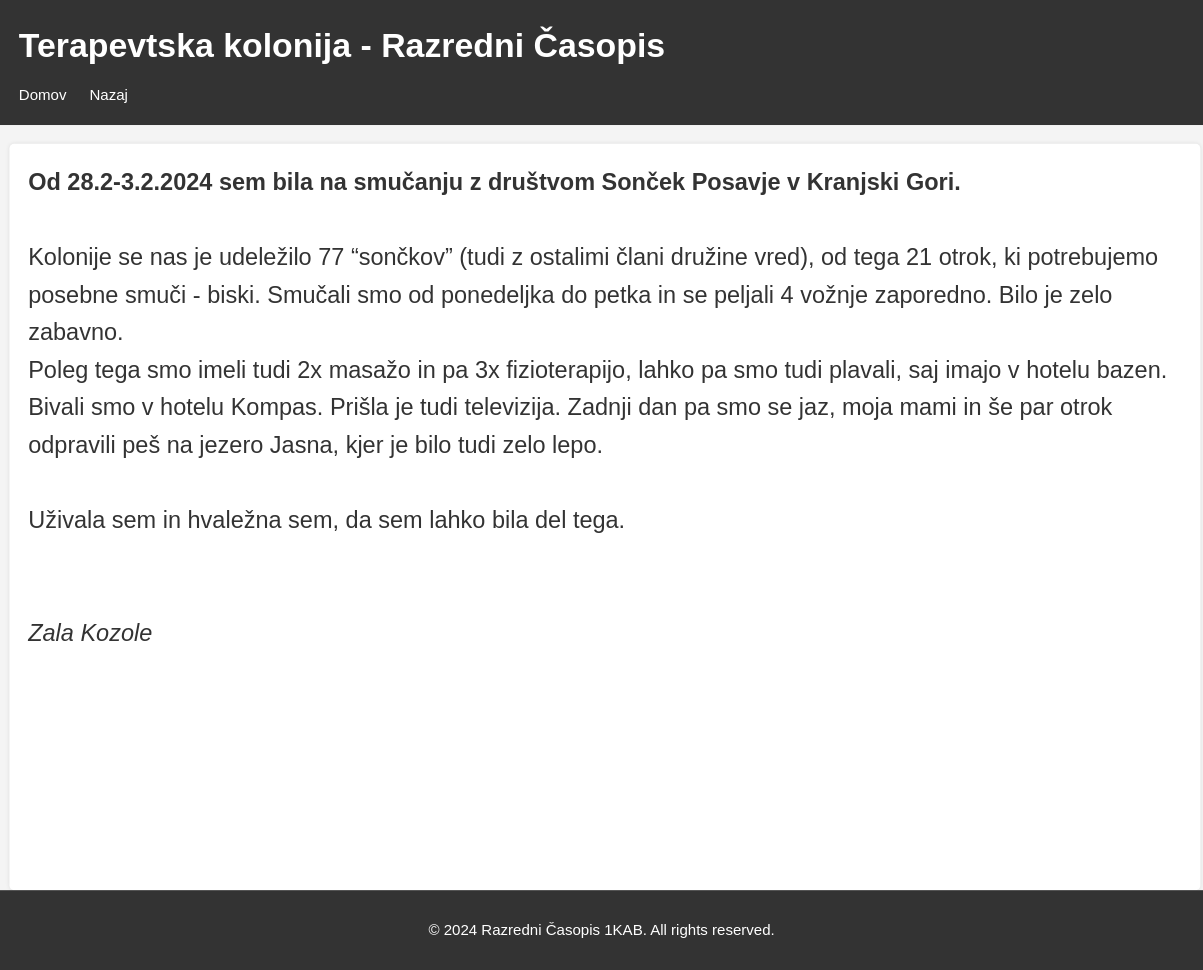
Repository: razrednicasopis/razrednicasopis.github.io
Page: Resources/terapevtskakolonija.html
These files come from the project's save history. The page is drawn as it stood at one moment and after the next save; the edit follows.
The browser window is 1280 px wide. The pictures show the whole page, at 94% of full size.

Above is the page before, as saved 2024-03-12 12:53:12.
Console error: TypeError: Cannot read properties of null (reading 'addEventListener')

### Resources/terapevtskakolonija.html
<!DOCTYPE html>
<html lang="en">
<head>
    <meta charset="UTF-8">
    <meta name="viewport" content="width=device-width, initial-scale=1.0">
    <title>Terapevtska kolonija - Razredni Časopis</title>
    <link rel="stylesheet" href="system.css">
    <link rel="stylesheet" href="styless.css">
</head>
<body>

    <div class="blur-container">
    <header>
        <h1>Terapevtska kolonija - Razredni Časopis</h1>
        <nav>
          <ul>
            <li><a href="index.html">Domov</a></li>
            <li><a href="februar2024.html">Nazaj</a></li>
          </ul>
        </nav>
      </header>

<div class="člankimargin">
    <article>
        <div class="člankitext">
        <b>Od 28.2-3.2.2024 sem bila na smučanju z društvom Sonček Posavje v Kranjski Gori. </b><br><br>
Kolonije se nas je udeležilo 77 “sončkov” (tudi z ostalimi člani družine vred), od tega 21
otrok, ki potrebujemo posebne smuči - biski. Smučali smo od ponedeljka do petka in se
peljali 4 vožnje zaporedno. Bilo je zelo zabavno. <br>
Poleg tega smo imeli tudi 2x masažo in pa
3x fizioterapijo, lahko pa smo tudi plavali, saj imajo v hotelu bazen. <br>
Bivali smo v hotelu Kompas. Prišla je tudi televizija. Zadnji dan pa smo se jaz, moja mami in še par otrok
odpravili peš na jezero Jasna, kjer je bilo tudi zelo lepo. <br><br>
Uživala sem in hvaležna sem, da sem lahko bila del tega. <br><br><br>
            <i>Zala Kozole</i>
        </div>
    </article>
</div>


<footer>
    <p>&copy; 2024 Razredni Časopis 1KAB. All rights reserved.
    </footer>
</div>

<!--Pop-ups and other HTML code-->
<div id="maintenancePopup">
    <div id="maintenancePopupContent">
      <h1>POVEZAVA IZGUBLJENA</h1>
      <p>Povezava z strežnikom izgubljena zaradi vzdrževanja strani. Prosimo osvežite stran.</p>
      <button id="closeMaintenancePopupBtn">Osveži</button>
    </div>
  </div>

<script src="alerts.js"></script>
<script src="maintenancemode.js"></script>
</body>
</html>

### Resources/system.css
/* Koda za "Coming Soon" pop-up */

#popupContainer {
    display: none;
    position: fixed;
    top: 50%;
    left: 50%;
    transform: translate(-50%, -50%);
    background-color: #ffffff;
    box-shadow: 0 4px 8px rgba(0, 0, 0, 0.1);
    padding: 20px;
    border-radius: 10px;
    text-align: center;
    z-index: top;
  }

  #popupContent {
    max-width: 400px;
    margin: 0 auto;
  }

  #closePopupBtn {
    background-color: #3498db;
    color: #ffffff;
    padding: 10px 15px;
    border: none;
    border-radius: 5px;
    cursor: pointer;
  }

  #closePopupBtn:hover {
      background-color: #4da8e1;
  }

  #showPopupLink {
    display: inline-block;
    padding: 10px 15px;
    color: #ffffff;
    text-decoration: none;
    border-radius: 5px;
    cursor: pointer;
  }

body.popup-open {
   overflow: hidden;
}

.popup-open .blur-container {
  filter: blur(5px); /* Apply blur effect only when popup is open */
  pointer-events: none;
}

#maintenancePopup {
  display: none;
  position: fixed;
  top: 50%;
  left: 50%;
  transform: translate(-50%, -50%);
  background-color: #ffffff;
  box-shadow: 0 4px 8px rgba(0, 0, 0, 0.1);
  padding: 20px;
  border-radius: 10px;
  text-align: center;
  z-index: 999;
}

#maintenancePopupContent {
  max-width: 400px;
  margin: 0 auto;
}

#closeMaintenancePopupBtn {
  background-color: #3498db;
  color: #ffffff;
  padding: 10px 15px;
  border: none;
  border-radius: 5px;
  cursor: pointer;
  margin-top: 20px;
}

#closeMaintenancePopupBtn:hover {
  background-color: #4da8e1;
}

/* Koda za "Kontakt" obrazec */

#contactform {
    align-self: center;
    }

    .formcontainer {
      text-align: center;
      margin-top: 50px;
      display: flex;
      justify-content: center;
      align-items: flex-start; /* Align items at the top */
  }

  .border-box {
      display: inline-block;
      padding: 20px;
      width: 550px;
      height: 500px;
      border: 5px solid #333; /* Set your desired border color */
      border-radius: 30px; /* Set the border radius for slightly curved corners */
      background-color: #333; /* Set your desired background color inside the border */
  }

  form input,
form textarea {
    width: calc(100% - 40px); /* Adjusted width with a bit of padding on each side */
    padding: 10px; /* Increased padding for better readability */
    margin-bottom: 5px; /* Increased spacing between input areas */
    margin-top: 25px; /* Move input areas slightly lower */
    height: 40px; /* Increased height to make input areas bigger */
}

form select{
width: calc(100% - 40px); /* Adjusted width with a bit of padding on each side */
padding: 10px; /* Increased padding for better readability */
margin-bottom: 5px;
margin-top: 20px; /* Move input areas slightly lower */
height: 40px; /* Height of input areas */
border: 1px solid #ccc; /* Border style */
border-radius: 5px; /* Border radius */
font-size: 16px; /* Font size */
}

form textarea {
  height: 120px;
}

/* Form Submit Button Styles */

/* Your existing CSS code */
/* Koda za "Coming Soon" pop-up */

#popupContainer {
  display: none;
  position: fixed;
  top: 50%;
  left: 50%;
  transform: translate(-50%, -50%);
  background-color: #ffffff;
  box-shadow: 0 4px 8px rgba(0, 0, 0, 0.1);
  padding: 20px;
  border-radius: 10px;
  text-align: center;
  z-index: top;
}


#popupContent {
  max-width: 400px;
  margin: 0 auto;
}

#closePopupBtn {
  background-color: #3498db;
  color: #ffffff;
  padding: 10px 15px;
  border: none;
  border-radius: 5px;
  cursor: pointer;
}

#closePopupBtn:hover {
    background-color: #4da8e1;
}

#showPopupLink {
  display: inline-block;
  padding: 10px 15px;
  color: #ffffff;
  text-decoration: none;
  border-radius: 5px;
  cursor: pointer;
}

body.popup-open {
 overflow: hidden;
}

body.blur {
filter: blur(5px);
pointer-events: none;
z-index: 1;
}

/* Koda za "Kontakt" obrazec */

#contactform {
  align-self: center;
}

.formcontainer {
  text-align: center;
  margin-top: 50px;
  display: flex;
  justify-content: center;
  align-items: flex-start; /* Align items at the top */
}

.border-box {
  display: inline-block;
  padding: 20px;
  width: 550px;
  height: 500px;
  border: 5px solid #333; /* Set your desired border color */
  border-radius: 30px; /* Set the border radius for slightly curved corners */
  background-color: #333; /* Set your desired background color inside the border */
}

form input,
form textarea {
  width: calc(100% - 40px); /* Adjusted width with a bit of padding on each side */
  padding: 10px; /* Increased padding for better readability */
  margin-bottom: 5px; /* Increased spacing between input areas */
  margin-top: 25px; /* Move input areas slightly lower */
  height: 40px; /* Increased height to make input areas bigger */
}

form select{
width: calc(100% - 40px); /* Adjusted width with a bit of padding on each side */
padding: 10px; /* Increased padding for better readability */
margin-bottom: 5px;
margin-top: 20px; /* Move input areas slightly lower */
height: 40px; /* Height of input areas */
border: 1px solid #ccc; /* Border style */
border-radius: 5px; /* Border radius */
font-size: 16px; /* Font size */
}

form textarea {
height: 120px;
}

/* Combined CSS for Blob Button */

*, *:before, *:after {
  box-sizing: border-box;
  margin: 0;
  padding: 0;
}

.buttons {
  margin-top: 2 0px;
  text-align: center;
  border-radius: 30px;
}

.blob-btn {
  z-index: 1;
  position: relative;
  padding: 20px 150px;
  margin-bottom: 40px;
  margin-top: 10px;
  text-align: center;
  text-transform: uppercase;
  color: #0505A9;
  font-size: 16px;
  font-weight: bold;
  background-color: transparent;
  outline: none;
  border: none;
  transition: color 0.5s;
  cursor: pointer;
  border-radius: 30px;
}
.blob-btn:before {
  content: "";
  z-index: 1;
  position: absolute;
  left: 0;
  top: 0;
  width: 100%;
  height: 100%;
  border: 2px solid #0505A9;
  border-radius: 30px;
}
.blob-btn:after {
  content: "";
  z-index: -2;
  position: absolute;
  left: 3px;
  top: 3px;
  width: 100%;
  height: 100%;
  transition: all 0.3s 0.2s;
  border-radius: 30px;
}
.blob-btn:hover {
  color: #FFFFFF;
  border-radius: 30px;
}
.blob-btn:hover:after {
  transition: all 0.3s;
  left: 0;
  top: 0;
  border-radius: 30px;
}
.blob-btn__inner {
  z-index: -1;
  overflow: hidden;
  position: absolute;
  left: 0;
  top: 0;
  width: 100%;
  height: 100%;
  border-radius: 30px;
  background: #ffffff;
}
.blob-btn__blobs {
  position: relative;
  display: block;
  height: 100%;
  filter: url("#goo");
}
.blob-btn__blob {
  position: absolute;
  top: 2px;
  width: 30%;
  height: 100%;
  background: #0505A9;
  border-radius: 100%;
  transform: translate3d(0, 150%, 0) scale(1.7);
  transition: transform 0.45s;
}
@supports (filter: url("#goo")) {
  .blob-btn__blob {
    transform: translate3d(0, 150%, 0) scale(1.4);
  }
}
.blob-btn__blob:nth-child(1) {
  left: 0%;
  transition-delay: 0s;
}
.blob-btn__blob:nth-child(2) {
  left: 30%;
  transition-delay: 0.08s;
}
.blob-btn__blob:nth-child(3) {
  left: 60%;
  transition-delay: 0.16s;
}
.blob-btn__blob:nth-child(4) {
  left: 90%;
  transition-delay: 0.24s;
}
.blob-btn:hover .blob-btn__blob {
  transform: translateZ(0) scale(1.7);
}

/* Define the keyframes for the pulse effect */
@keyframes pulse {
  0% {
    box-shadow: 0 0 0 0 rgba(255, 255, 255, 0.7); /* Initial box shadow color, adjust to match button color */
  }
  50% {
    box-shadow: 0 0 0 20px rgba(255, 255, 255, 0); /* Intermediate box shadow color */
  }
  100% {
    box-shadow: 0 0 0 0 rgba(255, 255, 255, 0); /* Final box shadow color */
  }
}

/* Apply the animation to the button when it's clicked or focused */
.blob-btn:active, .blob-btn:focus {
  animation: pulse 0.3s ease-in-out; /* Adjust the duration to control the pulse speed */
}

@supports (filter: url("#goo")) {
  .blob-btn:hover .blob-btn__blob {
    transform: translateZ(0) scale(1.5);
  }
}

/* CSS za uro */

.clock {
  margin-top: 6cm;
  text-align: center;
  font-size: 3em;
}

/*CSS za vse stranske nav skupine razen za glavno */

.seznamvsebin {
  display: inline-block;
  vertical-align: bottom;
  width: calc(20% - 4px); /* Adjust width to accommodate border */
  box-sizing: border-box;
  margin: 40px;
  border: 3px solid #000; /* Border thickness */
  height: 750px; /* Set desired height */
  /* Additional styling for seznamvsebin if needed */
  background-color: #f2f2f2;

}

.seznamvsebin nav {
    justify-content: center;
    padding: 30px;

}

.seznamvsebin nav a {
      display: inline-block;
      padding: 5px 10px;
      color: #000000;
      text-align: center;
      text-decoration: none;
      margin-bottom: 5px;
      border: 2px, transparent;
      border-radius: 5px;
      transition: linear, border 0.1s linear;
      font-weight: bold;
}


.seznamvsebin nav a:hover {
    background-color: #e0e0e0;
    border: 2px solid #000000
}

.NoviceContent {
  float: right; /* Align to the right */
  width: calc(80% - 250px); /* Adjusted width */
  box-sizing: border-box;
  margin-top: 100px;
}

.NoviceContent p {
  margin-bottom: 20px;
}

#dynamicText {
  float: right; /* Align to the right */
  width: calc(89% - 250px); /* Adjusted width */
  box-sizing: border-box;
  margin-top: 90px;
}

#dynamicText article {
  width: 99%;
}

/* Pravila Obrazca CSS */

.pravilaobrazca {
  height: 630px;
}

.pravilaobrazca_opozorilo {
  margin-top: 275px; /* Keeps this div at the bottom */
  color: #666; /* Change text color if desired */
}

/* Random CSS */

/* CSS for the admin credits list */

.creditscontainer {
  display: flex;
  flex-wrap: wrap;
}

.creditslist {
  flex: 1;
  margin: 10px;
  padding: 0;
  list-style-type: none;
}

.creditslist li {
  margin-bottom: 5px;
}

.adminlist article {
  min-height: 225px;
}

/* Članki CSS */

.člankimargin {
  margin-top: 20px;
}

.člankimargin article {
  width: 99%;
  margin-left: 10px;
  height: 21cm;
}

.člankitext {
  margin-bottom: 75px;
  font-size: 25px;
}

.člankitext2 {
  font-size: 14.5px;
}

.člankitext3 {
  font-size: 18px;
}

#vitin_spis {
  font-size: 20px;
}

#grinchtext {
  font-size: 20px;
}

#grinchimg img {
  width: 20%;
  height: 20%
}

/* CSS za mediji.html */

.shrambaslik {
  float: right; /* Align to the right */
  width: calc(89% - 250px); /* Adjusted width */
  box-sizing: border-box;
  margin-top: 90px;
}

.shrambaslik img[id="1"] {
  width: 25%;
  height: 25%;
}

.shrambaslik img[id="2"] {
  width: 10%;
  height: 5%;
  margin-left: 2%;
}

### Resources/styless.css
* {
  margin: 0;
  padding: 0;
  box-sizing: border-box;
}

/* Globalni slogi */
body {
  font-family: Arial, sans-serif;
  line-height: 1.6;
  background-color: #f4f4f4;
  color: #333;
  margin: 0;
  padding: 0;
  max-height: 100vh;
}


.container {
    text-align: center;
    margin-top: 50px;
}

.border-box {
    display: inline-block;
    padding: 200px;
    width: 550px;
    height: 500px;
    border: 5px solid #333; /* Set your desired border color */
    border-radius: 30px; /* Set the border radius for slightly curved corners */
    background-color: #333; /* Set your desired background color inside the border */
}

header {
  background: #333;
  color: #fff;
  padding: 20px;
}

header h1 {
  margin-bottom: 10px;
  font-size: 36px;
}

nav ul {
  list-style: none;
}

nav ul li {
  display: inline;
  margin-right: 20px;
}

nav ul li a {
  color: #fff;
  text-decoration: none;
}

main {
  padding: 20px;
}

section {
  margin-bottom: 30px;
}

section h2 {
  margin-bottom: 15px;
}

article {
  background: #fff;
  padding: 20px;
  border-radius: 5px;
  box-shadow: 0 0 5px rgba(0, 0, 0, 0.1);
}

article h3 {
  margin-bottom: 10px;
}

article p {
  color: #666;
}

article a {
  display: inline-block;
  margin-top: 10px;
  text-decoration: none;
  color: #333;
  border-bottom: 1px solid #333;
  padding-bottom: 2px;
}

article a:hover {
  color: #000;
  border-color: #000;
}



footer {
  text-align: center;
  padding: 30px;
  background-color: #333;
  color: #fff;
  position: absolute;
  bottom: auto;
  width: 100%;
  text-align: center;
}

### Resources/alerts.js
 document.addEventListener('DOMContentLoaded', function () {
        document.querySelectorAll('.showPopupLink').forEach(function (link) {
            link.addEventListener('click', function (event) {
                event.preventDefault();
                document.getElementById('popupContainer').style.display = 'block';
                document.body.classList.add('popup-open');
            });
        });

        document.getElementById('closePopupBtn').addEventListener('click', function () {
            document.getElementById('popupContainer').style.display = 'none';
            document.body.classList.remove('popup-open');
        });
    });

    //Maintenance mode pop-up

    document.addEventListener('DOMContentLoaded', function ()  {
        function toggleMaintenancePopup(show) {
            var maintenancePopup = document.getElementById('maintenancePopup');
            if (maintenancePopup) {
                maintenancePopup.style.display = show ? 'block' : 'none';
                document.body.classList.toggle('popup-open', show);
                console.log(Error);
            }
        }


    function checkMaintenanceStatus() {
        setInterval(function () {


            toggleMaintenancePopup(maintenanceMode);

        }, 1000);
    }

    document.getElementById('closeMaintenancePopupBtn').addEventListener('click', function ()  {
        location.reload();
    });

    checkMaintenanceStatus();
});

Loaded but not shown: Resources/maintenancemode.js (no stored copy; drawn as an empty file)

After the next save:
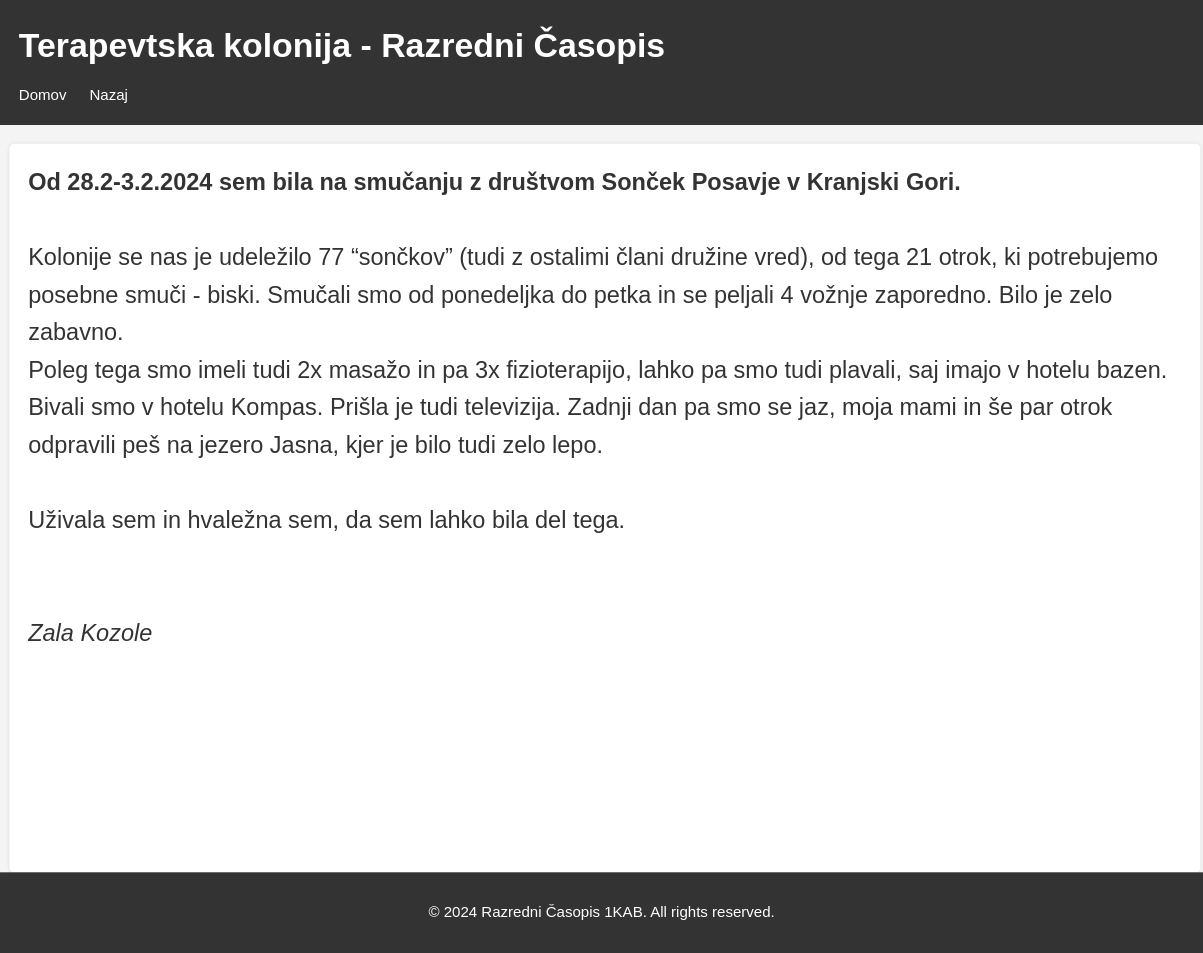
Saved 4 s later.
--- a/Resources/system.css
+++ b/Resources/system.css
@@ -490,7 +490,7 @@ height: 120px;
 .člankimargin article {
   width: 99%;
   margin-left: 10px;
-  height: 21cm;
+  height: 20.5cm;
 }
 
 .člankitext {
